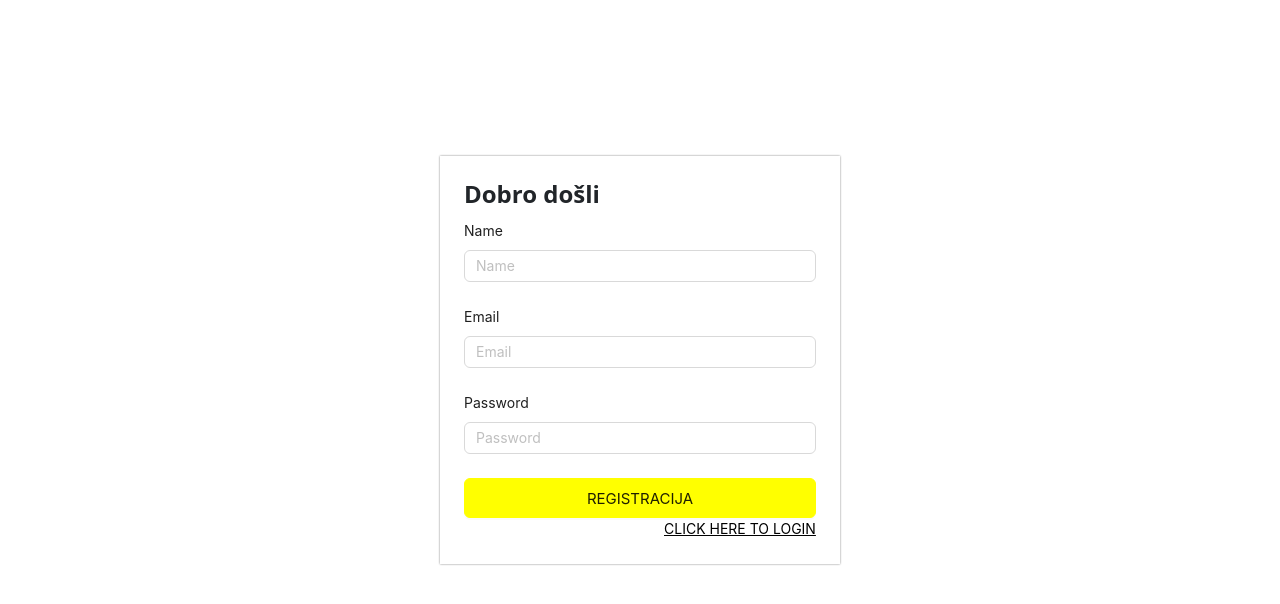
Repository: jbabicsus/okviri
Page: /registracija (app in autoskola/)
These files come from the project's save history. The page is drawn as it stood at one moment and after the next save; the edit follows.
The browser window is 1280 px wide. The pictures show the whole page.
The project was rebuilt for these pictures with package versions that can differ from the ones it lists, and the page was loaded fresh each time. Also part of the build but not shown: autoskola/src/stranice/Login.js.

Above is the page before, as saved 2024-05-12 14:14:20.

After the next save:
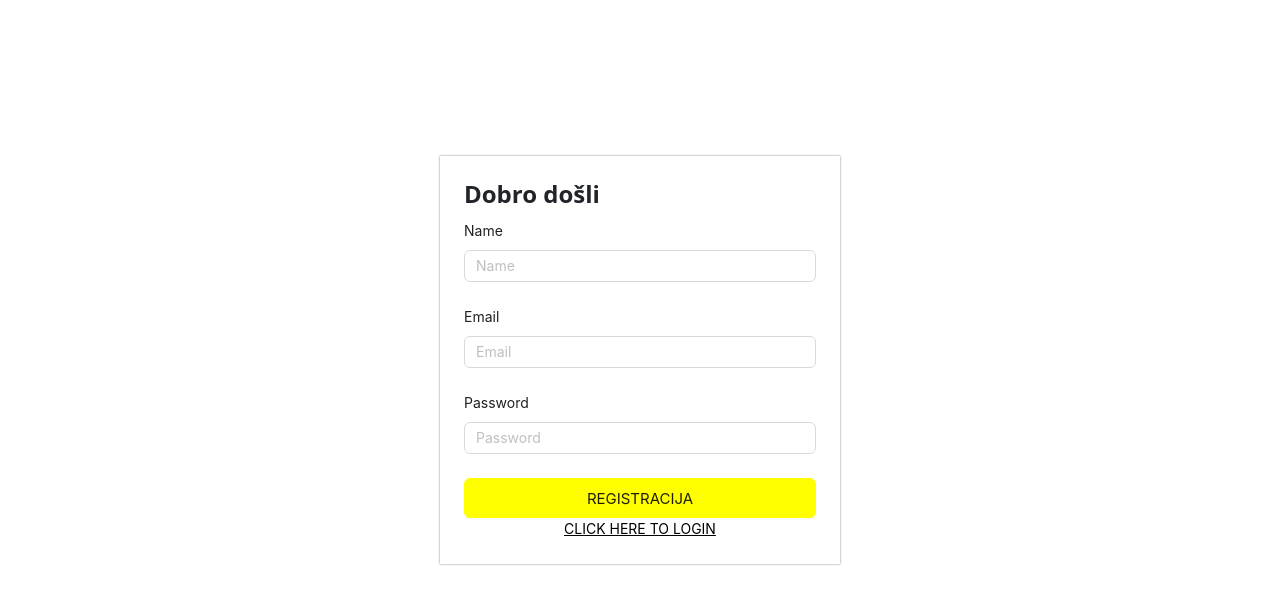
Saved 8 s later.
--- a/autoskola/src/index.css
+++ b/autoskola/src/index.css
@@ -27,7 +27,7 @@ input{
   color: black;
   text-decoration: underline;
   font: 15px;
-  margin-left: 200px;
+  margin-left: 100px;
 
 }
 
